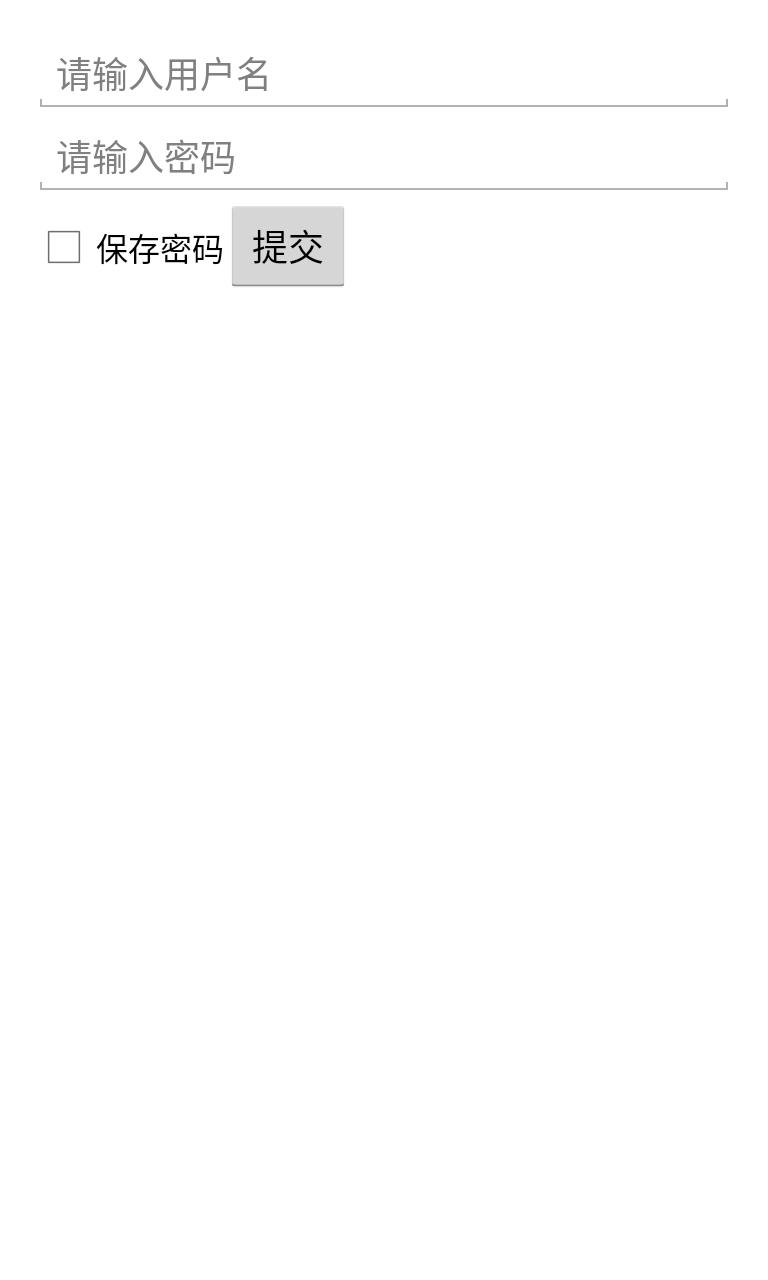
Repository: qwer2714856/Android_learn
Layout: cp_neibucunzhu/res/layout/activity_main.xml
These files come from the project's save history. The layout is drawn as it stood at one moment and after the next save; the edit follows.
It is drawn on a 768 x 1280 px phone screen (xhdpi) without system bars, with theme AppTheme; the app's code is not run.

Above is the layout before, as saved 2015-10-09 12:38:13.

After the next save:
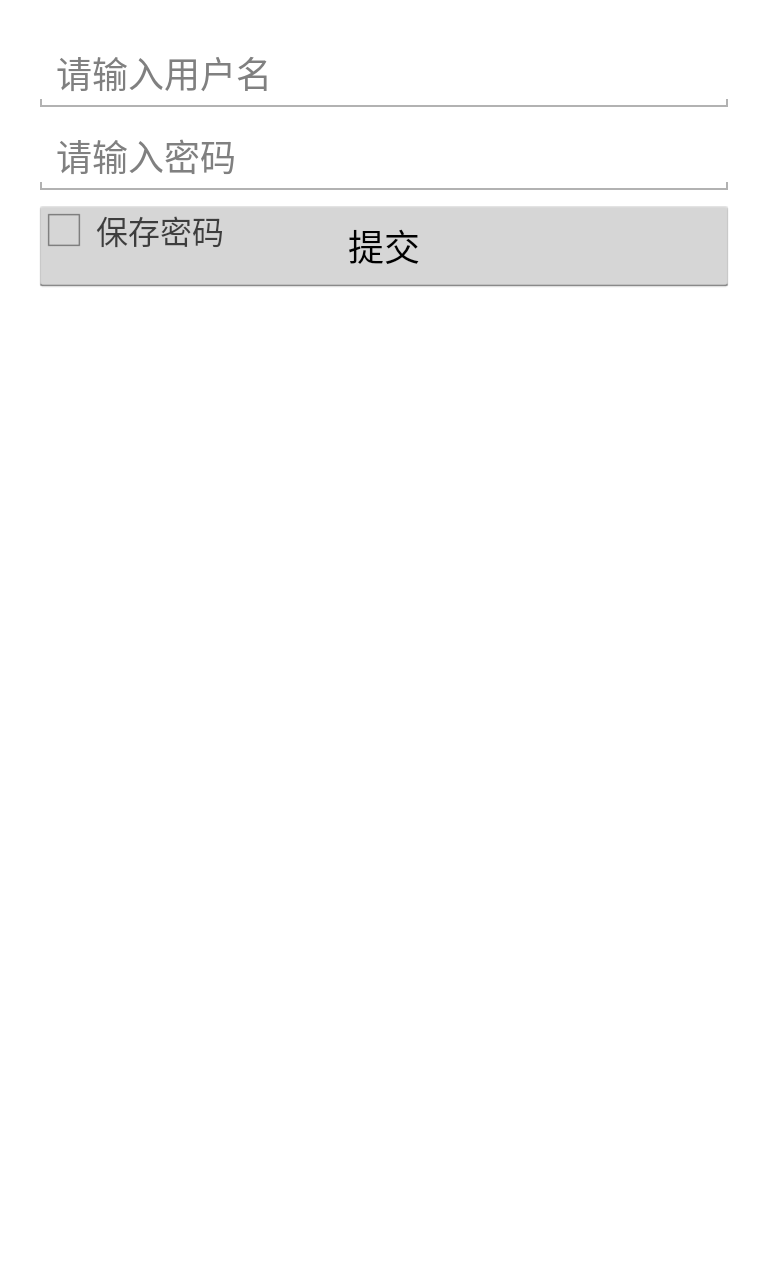
Saved 4 min 40 s later.
--- a/cp_neibucunzhu/res/layout/activity_main.xml
+++ b/cp_neibucunzhu/res/layout/activity_main.xml
@@ -20,8 +20,7 @@
         android:layout_height="wrap_content"
         android:hint="请输入密码" />
 
-    <LinearLayout
-        android:orientation="horizontal"
+    <RelativeLayout
         android:layout_width="wrap_content"
 		android:layout_height="wrap_content"
         >
@@ -34,7 +33,8 @@
             android:layout_width="match_parent"
             android:layout_height="wrap_content"
             android:text="提交"
+            android:layout_alignParentRight="true"
             />
-    </LinearLayout>
+    </RelativeLayout>
 
 </LinearLayout>
